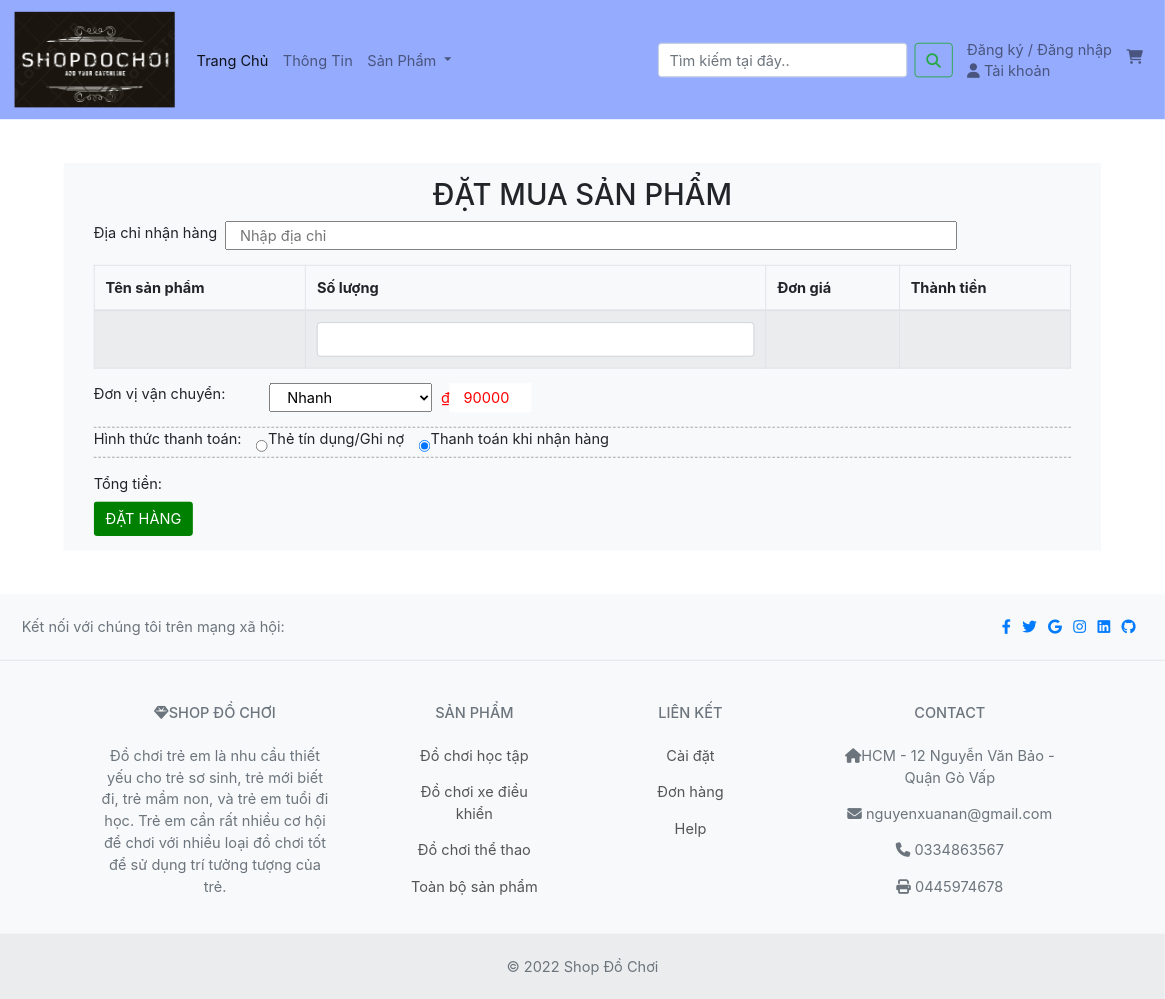
Repository: huynhdinhchieu/20112111-HuynhDinhChieu-BTL-WEB
Page: datmua.html
An editor plug-in stored every save of this project. The page is shown before and after the next save, followed by the edit.
The browser window is 1280 px wide. The pictures show the whole page, at 91% of full size.
Some web fonts or font styles are not loaded; a fallback is used. Some web libraries are served in a nearby version.

Above is the page before, as saved 2022-10-23 17:11:20.
Console error: TypeError: Cannot read properties of null (reading 'find')

### datmua.html
<!DOCTYPE html>
<html lang="en">

<head>
    <meta charset="UTF-8">
    <meta http-equiv="X-UA-Compatible" content="IE=edge">
    <meta name="viewport" content="width=device-width, initial-scale=1.0">
    <title>Thông Tin Sinh Viên</title>

    <link rel="stylesheet" href="../css/style.css">
    <link rel="stylesheet" href="../css/datmua.css">
    <link rel="stylesheet" href="https://cdnjs.cloudflare.com/ajax/libs/font-awesome/6.1.1/css/all.min.css">
    <link rel="stylesheet" href="../css/bootstrap.min.css">

    <script src="../js/jquery-3.6.0.min.js"></script>
    <script src="../js/bootstrap.min.js"></script>
    <script src="../js/datmua.js"></script>

</head>

<body>
    <div class="wrapper">
        <header>
            <nav>
                <div class="img-nav">
                    <nav class="navbar navbar-expand-lg navbar-light" style="background-color: var(--primary-color);">
                        <a class="navbar-brand" href="index.html"><img src="../img/ShopDoChoi_logo.png" alt=""></a>
                        <button class="navbar-toggler" type="button" data-toggle="collapse" data-target="#navbarSupportedContent" aria-controls="navbarSupportedContent" aria-expanded="false" aria-label="Toggle navigation">
                            <span class="navbar-toggler-icon"></span>
                        </button>
                        <div class="collapse navbar-collapse" id="navbarSupportedContent">
                            <ul class="navbar-nav mr-auto">
                                <li class="nav-item active">
                                    <a class="nav-link" href="index.html">Trang Chủ<span class="sr-only"></span></a>
                                </li>
                                <li class="nav-item">
                                    <a class="nav-link" href="ThongTin.html">Thông Tin</a>
                                </li>
                                <li class="nav-item dropdown">
                                    <a class="nav-link dropdown-toggle" href="#" id="navbarDropdown" role="button" data-toggle="dropdown" aria-haspopup="true" aria-expanded="false">
                                        Sản Phẩm
                                    </a>
                                    <div class="dropdown-menu" aria-labelledby="navbarDropdown">
                                        <a class="dropdown-item" href="index.html#DoChoiHocTap">Đồ Chơi Học Tập</a>
                                        <div class="dropdown-divider"></div>
                                        <a class="dropdown-item" href="index.html#DoChoiDieuKhien">Đồ Chơi Máy Bay,
                                            Xe Điều
                                            Khiển</a>
                                        <div class="dropdown-divider"></div>
                                        <a class="dropdown-item" href="index.html#DoChoiTheThao">Đồ Chơi Thể Thao</a>
                                        <div class="dropdown-divider"></div>
                                        <a class="dropdown-item" href="index.html#DoChoiLapRap">Đồ Chơi Lắp Ráp</a>
                                    </div>
                                </li>
                            </ul>
                            <form class="form-inline my-2 my-lg-0">
                                <input class="form-control mr-sm-2" type="search" placeholder="Tìm kiếm tại đây.." aria-label="Search">
                                <button class="btn btn-outline-success my-2 my-sm-0 mr-sm-2" type="submit"><i
                                        class="fas fa-search"></i></button>
                            </form>
                            <div>
                                <ul class="navbar-nav mr-auto">
                                    <li class="nav-item" id="taikhoan">
                                        <a class="nav-link" href="#">Đăng ký / Đăng nhập<br><i class="fa fa-user"></i>
                                            Tài khoản</a>
                                    </li>
                                    <li class="nav-item">
                                        <a class="nav-link my-2" href="GioHang.html"><i
                                                class="fa fa-shopping-cart"></i></a>
                                    </li>
                                </ul>
                            </div>
                        </div>
                    </nav>
                </div>
            </nav>
        </header>



        <div class="container my-md-5 py-md-3 px-md-5 bg-light">
            <div class="DatMua">
                <div class="header">
                    <h2 class="text-center">ĐẶT MUA SẢN PHẨM</h2>
                </div>
                <div class="body">
                    <form role="form" class="form-horizontal" style="margin-top: 10px;">
                        <div class="row mb-sm-3">
                            <label for="diachi" class="control-label mr-md-2">Địa chỉ nhận hàng</label>
                            <input type="text" id="diachi" class="col-md-9" placeholder="Nhập địa chỉ" required>
                        </div>
                        <div class="row">
                            <table class="table table-bordered table-hover table-striped">
                                <thead>
                                    <tr>
                                        <th>Tên sản phẩm</th>
                                        <th>Số lượng</th>
                                        <th>Đơn giá</th>
                                        <th>Thành tiền</th>
                                    </tr>
                                </thead>
                                <tbody>
                                    <tr>
                                        <td id="tensp"></td>
                                        <td>
                                            <div class="soluong">
                                                <input type="text" onkeyup="capnhatTien()" id="quantity" name="quantity" class="px-2 text-center form-control input-number" value="" min="1" max="20">
                                            </div>
                                        </td>
                                        <td id="dongia"></td>
                                        <td id="thanhtien"></td>
                                    </tr>
                                </tbody>
                            </table>
                        </div>

                        <div class="form-group row">
                            <label for="" class="mr-sm-5">Đơn vị vận chuyển:</label>
                            <select id="seldvvc" class="col-md-2 col-lg-2" onclick="capnhatTien()">
                                <option value="Nhanh" selected>Nhanh</option>
                                <option value="Bình thường">Bình thường</option>
                            </select>
                            <span style="margin-left: 10px; color: red;" class="mt-sm-1">₫</span>
                            <input type="text" class="col-md-1" id="txtDongia" readonly value="90000" style="color: red; border: none; outline: none;">
                        </div>
                        <div class="form-group row hinhthucthanhtoan">
                            <label for="" class="mr-sm-3">Hình thức thanh toán: </label> <br>
                            <input class="mt-sm-2" type="radio" name="httt" id="radtindung"><label for="radtindung" class="mr-sm-3">Thẻ tín dụng/Ghi nợ</label>
                            <input class="mt-sm-2" type="radio" name="httt" id="radtienmat" checked><label for="radtienmat">Thanh toán
                                khi nhận hàng</label>
                        </div>
                    </form>
                    <div class="row mb-md-2">Tổng tiền: <span class="ml-md-2" id="tongtien" style="color: red;"></span></div>
                </div>
                <div class="footer row">
                    <button class="btn btn-sucess btn-group-justified" id="btndathang" type="button" style="color: white; background-color: green;">
                        ĐẶT HÀNG
                    </button>
                </div>
            </div>
        </div>

        <footer class="text-center text-lg-start bg-light text-muted mt-lg-3">
            <section class="d-flex justify-content-center justify-content-lg-between p-4 border-bottom">
                <!-- Left -->
                <div class="me-5 d-none d-lg-block">
                    <span>Kết nối với chúng tôi trên mạng xã hội:</span>
                </div>
                <!-- Left -->

                <!-- Right -->
                <div>
                    <a href="" class="icon-network me-4 mr-sm-2 text-reset">
                        <i class="icon-social fab fa-facebook-f"></i>
                    </a>
                    <a href="" class="icon-network me-4 mr-sm-2 text-reset">
                        <i class="icon-social fab fa-twitter"></i>
                    </a>
                    <a href="" class="icon-network me-4 mr-sm-2 text-reset">
                        <i class="icon-social fab fa-google"></i>
                    </a>
                    <a href="" class="icon-network me-4 mr-sm-2 text-reset">
                        <i class="icon-social fab fa-instagram"></i>
                    </a>
                    <a href="" class="icon-network me-4 mr-sm-2 text-reset">
                        <i class="icon-social fab fa-linkedin"></i>
                    </a>
                    <a href="" class="icon-network me-4 mr-sm-2 text-reset">
                        <i class="icon-social fab fa-github"></i>
                    </a>
                </div>
                <!-- Right -->
            </section>
            <!-- Section: Social media -->

            <!-- Section: Links  -->
            <section class="">
                <div class="container text-center text-md-start mt-5">
                    <!-- Grid row -->
                    <div class="row mt-3">
                        <!-- Grid column -->
                        <div class="col-md-3 col-lg-4 col-xl-3 mx-auto mb-4">
                            <!-- Content -->
                            <h6 class="text-uppercase fw-bold mb-4">
                                <i class="fas fa-gem me-3"></i>SHOP ĐỒ CHƠI
                            </h6>
                            <p>
                                Đồ chơi trẻ em là nhu cầu thiết yếu cho trẻ sơ sinh, trẻ mới biết đi, trẻ mầm non, và trẻ em tuổi đi học. Trẻ em cần rất nhiều cơ hội để chơi với nhiều loại đồ chơi tốt để sử dụng trí tưởng tượng của trẻ.
                            </p>
                        </div>
                        <!-- Grid column -->

                        <!-- Grid column -->
                        <div class="col-md-2 col-lg-2 col-xl-2 mx-auto mb-4">
                            <!-- Links -->
                            <h6 class="text-uppercase fw-bold mb-4">
                                SẢN PHẨM
                            </h6>
                            <p>
                                <a href="#DoChoiHocTap" class="inf-usefull text-reset">Đồ chơi học tập</a>
                            </p>
                            <p>
                                <a href="#DoChoiDieuKhien" class="inf-usefull text-reset">Đồ chơi xe điều khiển</a>
                            </p>
                            <p>
                                <a href="#DoChoiTheThao" class="inf-usefull text-reset">Đồ chơi thể thao</a>
                            </p>
                            <p>
                                <a href="#" class="inf-usefull text-reset">Toàn bộ sản phẩm</a>
                            </p>
                        </div>

                        <div class="col-md-3 col-lg-2 col-xl-2 mx-auto mb-4">

                            <h6 class="text-uppercase fw-bold mb-4">
                                LIÊN KẾT
                            </h6>
                            <p>
                                <a href="#!" class="inf-usefull text-reset">Cài đặt</a>
                            </p>
                            <p>
                                <a href="#!" class="inf-usefull text-reset">Đơn hàng</a>
                            </p>
                            <p>
                                <a href="#!" class="inf-usefull text-reset">Help</a>
                            </p>
                        </div>

                        <div class="col-md-4 col-lg-3 col-xl-3 mx-auto mb-md-0 mb-4">
                            <!-- Links -->
                            <h6 class="text-uppercase fw-bold mb-4">
                                Contact
                            </h6>
                            <p><i class="fas fa-home me-3"></i>HCM - 12 Nguyễn Văn Bảo - Quận Gò Vấp</p>
                            <p>
                                <i class="fas fa-envelope me-3"></i> nguyenxuanan@gmail.com
                            </p>
                            <p><i class="fas fa-phone me-3"></i> 0334863567</p>
                            <p><i class="fas fa-print me-3"></i> 0445974678</p>
                        </div>
                    </div>
                </div>
            </section>

            <!-- Copyright -->
            <div class="text-center p-4" style="background-color: rgba(0, 0, 0, 0.05);">
                ©
                <script>
                    document.write(new Date().getFullYear());
                </script> Shop Đồ Chơi
            </div>
            <!-- Copyright -->
        </footer>
        <!-- Footer -->
    </div>

    <div id="backtotop">
        <i class="fa fa-arrow-circle-up"></i>
        <script>
            $(document).ready(function() {
                $(window).scroll(function() {
                    if ($(this).scrollTop()) {
                        $('#backtotop').fadeIn()
                    } else {
                        $('#backtotop').fadeOut()
                    }
                })
                $('#backtotop').click(function() {
                    $('html, body').animate({
                        scrollTop: 0
                    }, 750)
                })
            })
        </script>
    </div>
</body>

</html>

### css/style.css
:root {
    --text-color: #333;
    --primary-color: #94abfe;
    --secondary-color: #CCFFFF;
}

.banner #navbarmenusticky {
    font-size: 1rem;
}

.content .bd-example h4,
.content .bd-example p {
    background-color: rgba(228, 228, 228, 0.4);
    color: black;
}

.content .bd-example p {
    font-size: 1.2rem;
}

#home a {
    text-decoration: none;
}

#home img {
    width: 220px;
    height: 220px;
    margin-left: 13px;
}

.sp__Shop :hover img {
    box-shadow: 5px 10px 18px #888888;
}

#backtotop {
    width: 50px;
    height: 50px;
    display: none;
    position: fixed;
    bottom: 20px;
    right: 30px;
    z-index: 99;
    font-size: 20px;
    border: none;
    outline: none;
    background-color: aqua;
    color: #fff;
    cursor: pointer;
    padding: 15px;
    border-radius: 50%;
}

#backtotop:hover {
    background-color: #555;
}

.icon-network {
    text-decoration: none !important
}

.icon-social:hover {
    box-shadow: 5px 10px 18px #888888;
}

.inf-usefull {
    text-decoration: none !important;
    color: #555;
}

/* san pham  */

.product-grid3 {
    font-family: Roboto, sans-serif;
    text-align: center;
    position: relative;
    z-index: 1
}

.product-grid3:before {
    content: "";
    height: 81%;
    width: 100%;
    background: #fff;
    border: 1px solid rgba(0, 0, 0, .1);
    opacity: 0;
    position: absolute;
    top: 0;
    left: 0;
    z-index: -1;
    transition: all .5s ease 0s
}

.product-grid3:hover:before {
    opacity: 1;
    height: 100%
}

.product-grid3 .product-image3 {
    position: relative
}

.product-grid3 .product-image3 a {
    display: block
}

.product-grid3 .product-image3 img {
    width: 100%;
    height: auto
}

.product-grid3 .pic-1 {
    opacity: 1;
    transition: all .5s ease-out 0s
}

.product-grid3:hover .pic-1 {
    opacity: 0
}

.product-grid3 .pic-2 {
    position: absolute;
    top: 0;
    left: 0;
    opacity: 0;
    transition: all .5s ease-out 0s
}

.product-grid3:hover .pic-2 {
    opacity: 1
}

.product-grid3 .social {
    width: 120px;
    padding: 0;
    margin: 0 auto;
    list-style: none;
    opacity: 0;
    position: absolute;
    right: 0;
    left: 0;
    bottom: -23px;
    transform: scale(0);
    transition: all .3s ease 0s
}

.product-grid3:hover .social {
    opacity: 1;
    transform: scale(1)
}

.product-grid3:hover .product-discount-label,
.product-grid3:hover .title {
    opacity: 0
}

.product-grid3 .social li {
    display: inline-block
}

.product-grid3 .social li a {
    color: #e67e22;
    background: #fff;
    font-size: 18px;
    line-height: 50px;
    width: 50px;
    height: 50px;
    border: 1px solid rgba(0, 0, 0, .1);
    border-radius: 50%;
    margin: 0 2px;
    display: block;
    transition: all .3s ease 0s
}

.product-grid3 .social li a:hover {
    background: #e67e22;
    color: #fff
}

.product-grid3 .product-discount-label,
.product-grid3 .product-new-label {
    background-color: #e67e22;
    color: #fff;
    font-size: 17px;
    padding: 2px 10px;
    position: absolute;
    right: 10px;
    top: 10px;
    transition: all .3s
}

.product-grid3 .product-content {
    z-index: -1;
    padding: 15px;
    text-align: left
}

.product-grid3 .title {
    font-size: 14px;
    text-transform: capitalize;
    margin: 0 0 7px;
    transition: all .3s ease 0s
}

.product-grid3 .title a {
    color: #414141
}

.product-grid3 .price {
    color: #000;
    font-size: 16px;
    letter-spacing: 1px;
    font-weight: 600;
    margin-right: 2px;
    display: inline-block
}

.product-grid3 .rating {
    padding: 0;
    margin: -22px 0 0;
    list-style: none;
    text-align: right;
    display: block
}

.product-grid3 .rating li {
    color: #ffd200;
    font-size: 13px;
    display: inline-block
}

.product-grid3 .rating li.disable {
    color: #dcdcdc;
}

@media only screen and (max-width:1200px) {
    .product-grid3 .rating {
        margin: 0
    }
}

@media only screen and (max-width:990px) {
    .product-grid3 {
        margin-bottom: 30px
    }

    .product-grid3 .rating {
        margin: -22px 0 0
    }
}

@media only screen and (max-width:359px) {
    .product-grid3 .rating {
        margin: 0
    }
}

### css/datmua.css
.hinhthucthanhtoan {
    border-top: 1px dashed rgb(162, 160, 160);
    border-bottom: 1px dashed rgb(162, 160, 160);
}

### js/datmua.js

$(document).ready(function () {
    $("#seldvvc").change(function () {
        let dv = $("#seldvvc").val()
        let phiship = dv == "Nhanh" ? 90000 : 50000
        $("#txtDongia").val(phiship)
    })

    $("#btndathang").click(function () {
        alert("Đã đặt hàng thành công")
    })

})

let dssp = JSON.parse(localStorage.getItem("dssp"))

function capnhatTien() {
    let masp = localStorage.getItem("masp")

    let temp = dssp.find(sp => sp.masp == masp)

    let regexSoluong = /^\d+$/

    let soluong = document.getElementById("quantity")

    const sl = Number(soluong.value)
    if (sl == 0)
        alert("Số lượng phải lớn hơn 0")
    if (!regexSoluong.test(sl))
        alert("Chỉ được nhập số")

    let thanhtien = sl * temp.dongia

    $('#thanhtien').html(thanhtien);

    let phiship = $('#txtDongia').val();

    const phi = parseInt(phiship);

    let tongtien = thanhtien + phi
    $('#tongtien').html(tongtien);
    return true
}

$(document).ready(function () {

    let dssp = JSON.parse(localStorage.getItem("dssp"))
    let masp = localStorage.getItem("masp")

    let temp = dssp.find(sp => sp.masp == masp)

    $("#tensp").html(temp.tensp)
    $("#dongia").html(temp.dongia)
    $("#mota").html(temp.mota)

    function napSP(sp) {
        let temp = "<img src='" + sp.hinhanh + "' alt='' class='v-100' style='height: 500px;'>"
        $("#ha").html(temp)
    }
    $(document).ready(function () {
        dssp.forEach(sp => {
            napSP(temp)
        });
    })
})

Loaded but not shown: css/bootstrap.min.css (library); js/jquery-3.6.0.min.js (library); js/bootstrap.min.js (library); js/all.min.css (library)

After the next save:
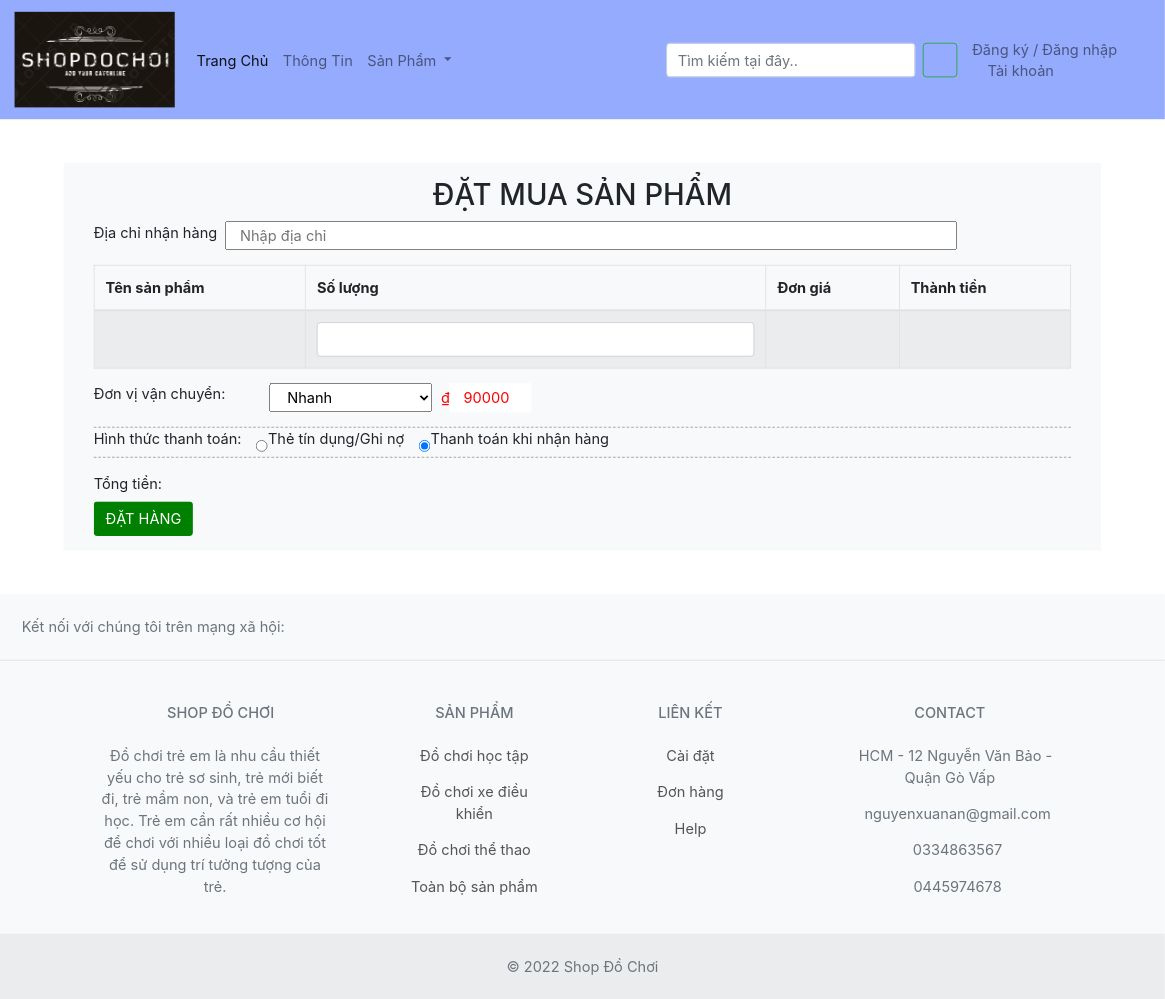
Saved 3 min 54 s later.
--- a/datmua.html
+++ b/datmua.html
@@ -9,7 +9,7 @@
 
     <link rel="stylesheet" href="../css/style.css">
     <link rel="stylesheet" href="../css/datmua.css">
-    <link rel="stylesheet" href="https://cdnjs.cloudflare.com/ajax/libs/font-awesome/6.1.1/css/all.min.css">
+    <link rel="stylesheet" href="/js/all.min.css">
     <link rel="stylesheet" href="../css/bootstrap.min.css">
 
     <script src="../js/jquery-3.6.0.min.js"></script>
